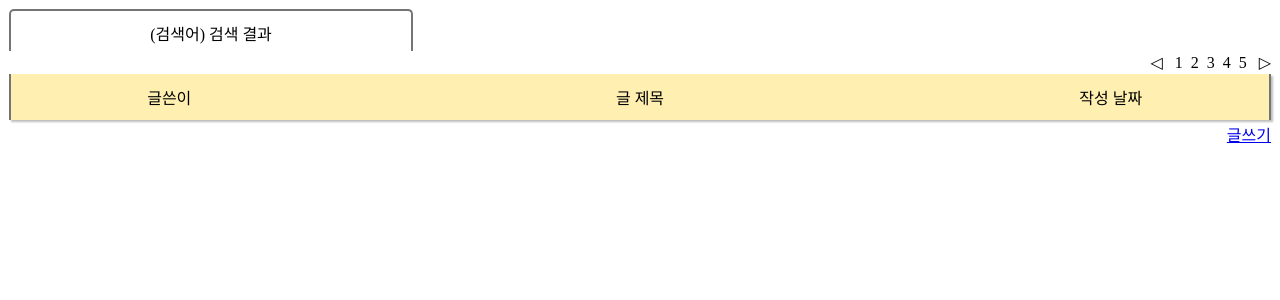
Repository: GOHO97/Haheeho
Page: http://localhost/Haheeho_Adblock/WEB-INF/views/board/board.jsp
An editor plug-in stored every save of this project. The page is shown before and after the next save, followed by the edit.
The browser window is 1280 px wide. The pictures show the whole page.
The page is served by Tomcat 9. Nobody is signed in. Other server files are loaded and not shown. The template is opened directly, without the code that normally fills it, so the values that code supplies are empty.

Above is the page before, as saved 2022-11-01 03:23:05.

### Haheeho_Adblock/src/main/webapp/WEB-INF/views/board/board.jsp
<%@ page language="java" contentType="text/html; charset=UTF-8"
    pageEncoding="UTF-8"%>
<!DOCTYPE html>
<html>
<head>
<meta charset="UTF-8">
<title>Insert title here</title>
<link rel="stylesheet" href="resources/css/board.css">
</head>
<body>
	<table id="boardMainTable">
		<tr>
			<td align="left">
				<div id="boardSearchResultDiv">
					(검색어) 검색 결과
				</div>
			</td>
		</tr>
		<tr>
			<td align="right">
				◁ &nbsp;&nbsp;1&nbsp;&nbsp;2&nbsp;&nbsp;3&nbsp;&nbsp;4&nbsp;&nbsp;5&nbsp;&nbsp; ▷
			</td>
		</tr>
		<tr>
			<td align="center">
				<table class="boardArea">
					<tr>
						<td class="boardUserName" align="center">
							글쓴이
						</td>
						<td class="boardTitle" align="center">
							<a>글 제목</a>
						</td>
						<td class="boardDate" align="center">
							작성 날짜
						</td>
					</tr>
				</table>
			</td>
		</tr>
		<tr>
			<td align="right">
				<a href="board.write.go">글쓰기</a>
			</td>
		</tr>
	</table>
</body>
</html>

### Haheeho_Adblock/src/main/webapp/resources/css/board.css
@charset "UTF-8";

#boardSearchTab {
	width: 50%;
	height: 30px;
}

#boardMainTable{
	width: 100%;
	border-spacing: 0;
}

.boardArea {
	border-left: 2px solid #757575;
	border-right: 2px solid #757575;
	box-shadow: 2px 2px 2px #BDBDBD;
	width: 100%;
	background-color: #FFE16480;
}


.boardUserName, .boardTitle, .boardDate{
	height: 40px;
}

.boardUserName{
	width: 25%;
}

.boardTitle{
	width: 50%;
}

.boardDate{
	width: 25%;
}

#boardWriteButton{
	background-color: #EF5E5A;
	border: none;
	font-family: "b";
	font-size: 20px;
	color: #FFE164;
	border-bottom-left-radius: 5px;
	border-bottom-right-radius: 5px;
}

#boardSearchResultDiv{
	margin-right: 440px;
	width: 400px;
	height: 30px;
	padding-top:10px;
	border-top: 2px solid #757575;
	border-left: 2px solid #757575;
	border-right: 2px solid #757575;
	border-top-left-radius: 5px;
	border-top-right-radius: 5px;
	text-align: center;
}

#boardSearchResultDiv span{
	color: red;
}

#boardSearchResultDiv a{
	font-size: 15px;
	background-color: #EF5E5A30;
	border-radius: 5px;
}

#boardPageNum{
	border-left: 2px solid #757575;
	border-right: 2px solid #757575;
	border-bottom: 2px solid #757575;
	box-shadow: 2px 2px 2px #BDBDBD;
	padding-right: 20px;
}

After the next save:
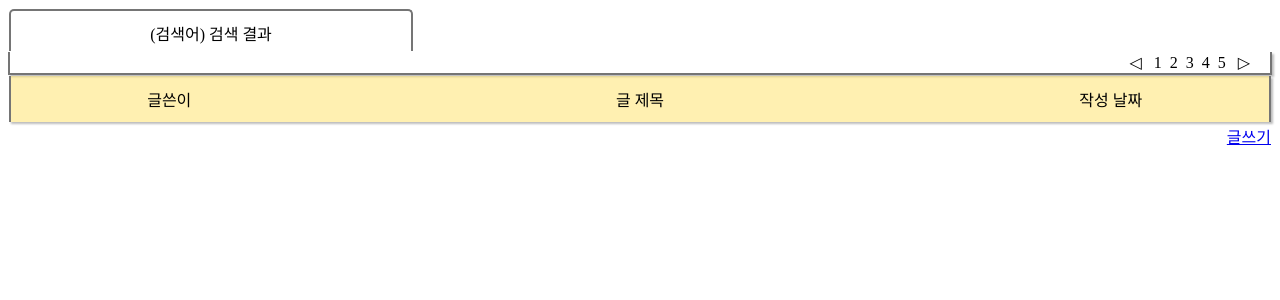
Saved 48 s later.
--- a/Haheeho_Adblock/src/main/webapp/WEB-INF/views/board/board.jsp
+++ b/Haheeho_Adblock/src/main/webapp/WEB-INF/views/board/board.jsp
@@ -17,7 +17,7 @@
 			</td>
 		</tr>
 		<tr>
-			<td align="right">
+			<td align="right" id="boardPageNum">
 				◁ &nbsp;&nbsp;1&nbsp;&nbsp;2&nbsp;&nbsp;3&nbsp;&nbsp;4&nbsp;&nbsp;5&nbsp;&nbsp; ▷
 			</td>
 		</tr>
